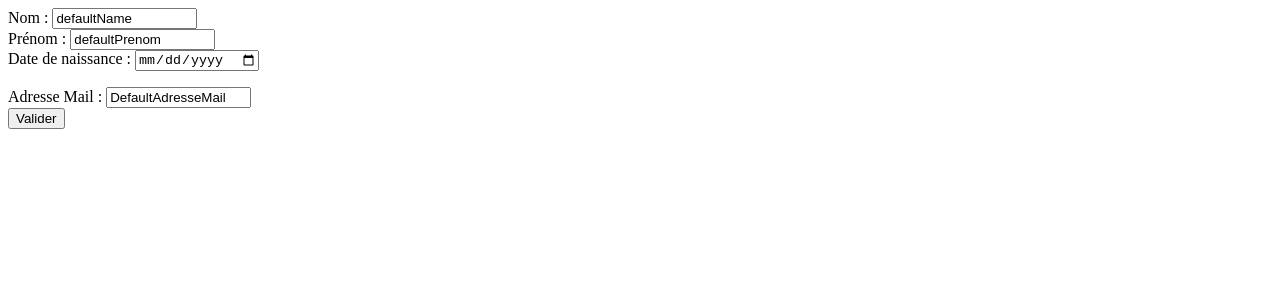
Repository: mikafouenski/JEE
Page: http://localhost/Myapp/edition.jsp
An editor plug-in stored every save of this project. The page is shown before and after the next save, followed by the edit.
The browser window is 1280 px wide. The pictures show the whole page.
The page is served by Tomcat 9. Other server files are loaded and not shown.

Above is the page before, as saved 2017-10-11 14:22:32.

### Myapp/WebContent/edition.jsp
<%@ page language="java" contentType="text/html; charset=UTF-8"
    pageEncoding="UTF-8"%>
<html>
<head>
<meta http-equiv="Content-Type" content="text/html; charset=UTF-8">
<title>Insert title here</title>
</head>
<body>

<jsp:useBean id="person" scope="session" class="Person.Person" >
</jsp:useBean>
<jsp:useBean id="excep" scope="request" class="exception.ExceptionPersonInvalidate" >
</jsp:useBean>

<form action="Edition" method="POST">

  <p><jsp:getProperty name="excep" property="nomValide"/></p>
  <label>Nom : </label>
  <input type="text" name="nom" size="15" value=<jsp:getProperty name="person" property="nom"/>><br/>

  <label>Prénom : </label>
    <input type="text" name="prenom" size="15"
    value=<jsp:getProperty name="person" property="prenom" />><br/>

   <label>Date de naissance : </label>
    <input type="date" name="date" size="15" value=<jsp:getProperty name="person" property="dateNaissance"/>><br/>

  <p style="color:red;"><jsp:getProperty name="excep" property="emailValide"/></p>
  <label>Adresse Mail  : </label>
    <input type="text" name="mail" size="15" value=<jsp:getProperty name="person" property="adressMail"/>><br/>


  <input type="submit" name="boutonOK" value="Valider"/>

</form>
</body>
</html>

### Myapp/src/Person/Person.java
package Person;
import java.util.Date;
public class Person {

	private int id = 1;
	private String nom = "defaultName";
	private String prenom = "defaultPrenom";
	private Date dateNaissance = new Date();
	private String adressMail = "DefaultAdresseMail";

	public Person(){}

	public int getId() {
		return id;
	}
	public void setId(int id) {
		this.id = id;
	}
	public String getNom() {
		return nom;
	}
	public void setNom(String nom) {
		this.nom = nom;
	}
	public String getPrenom() {
		return prenom;
	}
	public void setPrenom(String prenom) {
		this.prenom = prenom;
	}
	public Date getDateNaissance() {
		return dateNaissance;
	}
	public void setDateNaissance(Date dateNaissance) {
		this.dateNaissance = dateNaissance;
	}
	public String getAdressMail() {
		return adressMail;
	}
	public void setAdressMail(String adressMail) {
		this.adressMail = adressMail;
	}


}

After the next save:
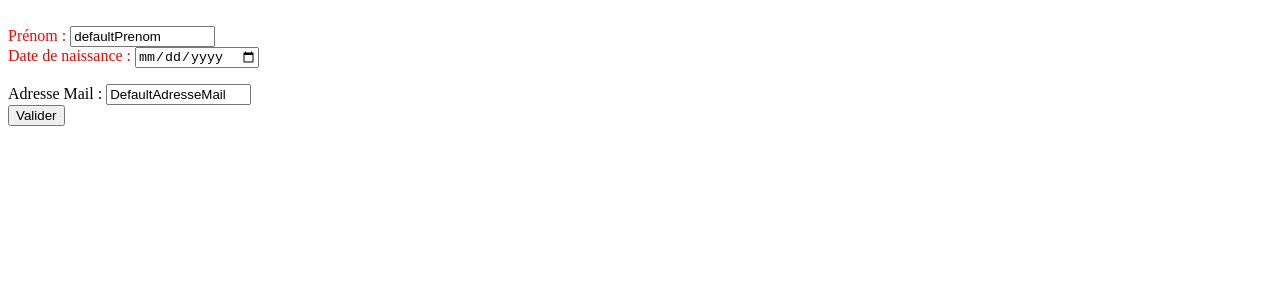
Saved 10 s later.
--- a/Myapp/WebContent/edition.jsp
+++ b/Myapp/WebContent/edition.jsp
@@ -14,7 +14,7 @@
 
 <form action="Edition" method="POST">
 
-  <p><jsp:getProperty name="excep" property="nomValide"/></p>
+  <p style="color:red;><jsp:getProperty name="excep" property="nomValide"/></p>
   <label>Nom : </label>
   <input type="text" name="nom" size="15" value=<jsp:getProperty name="person" property="nom"/>><br/>
 

After the save that followed:
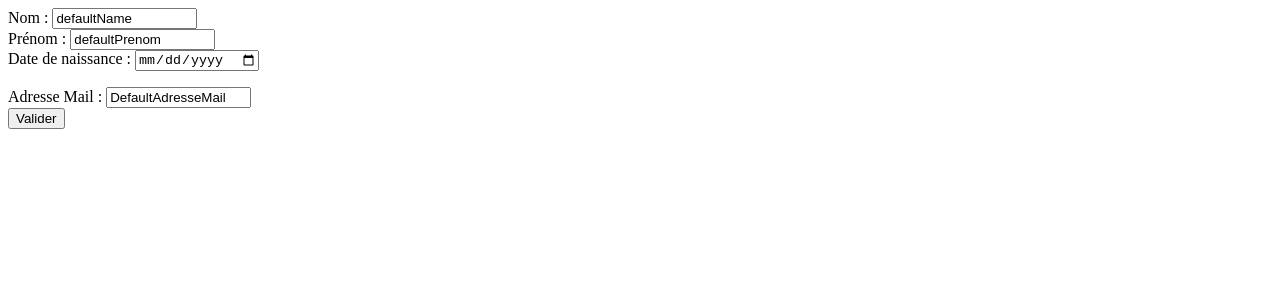
Saved 12 s later.
--- a/Myapp/WebContent/edition.jsp
+++ b/Myapp/WebContent/edition.jsp
@@ -14,7 +14,7 @@
 
 <form action="Edition" method="POST">
 
-  <p style="color:red;><jsp:getProperty name="excep" property="nomValide"/></p>
+  <p><jsp:getProperty name="excep" property="nomValide"/></p>
   <label>Nom : </label>
   <input type="text" name="nom" size="15" value=<jsp:getProperty name="person" property="nom"/>><br/>
 
